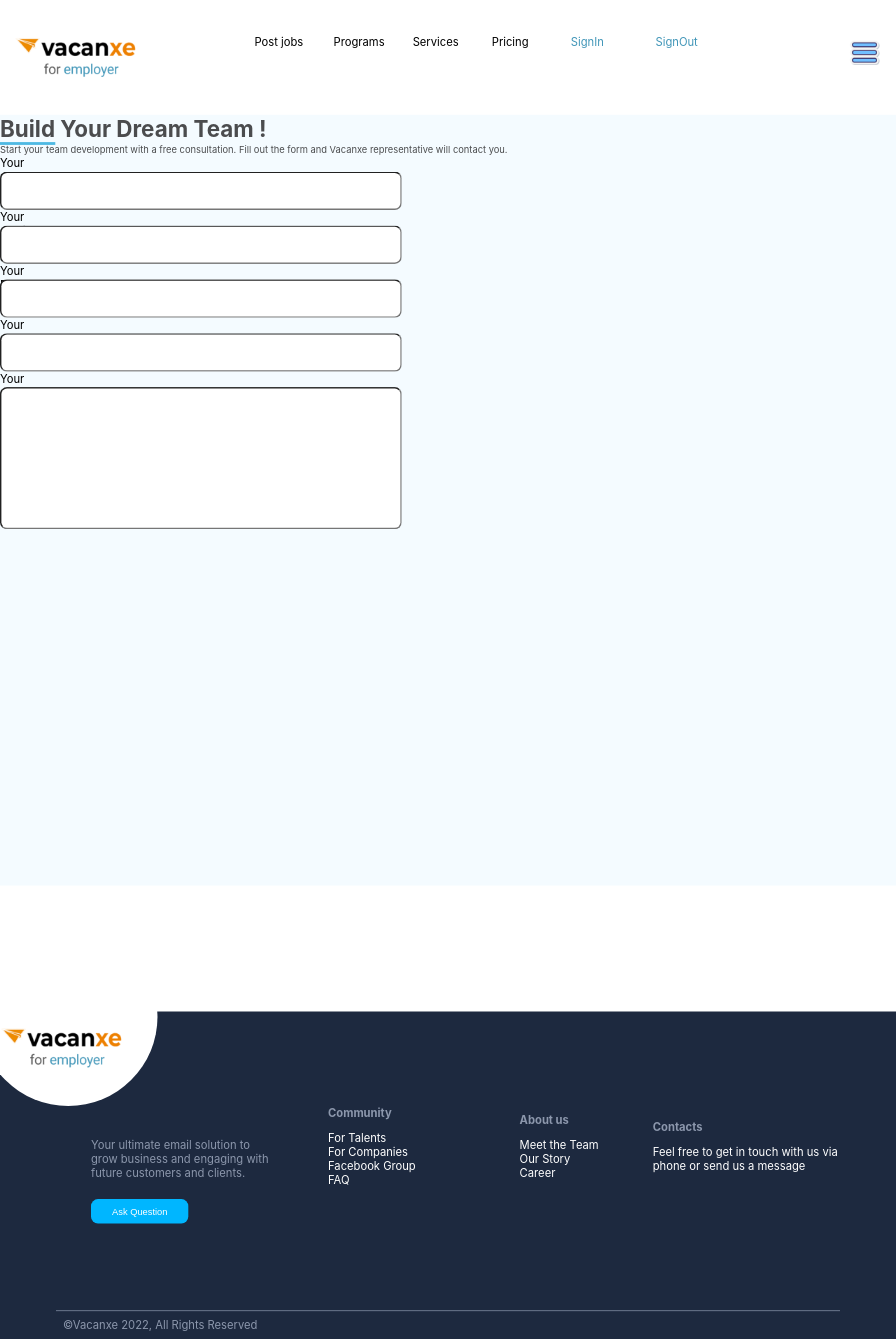
Repository: uh-sman/Vacanxe
Page: /
These files come from the project's save history. The page is drawn as it stood at one moment and after the next save; the edit follows.
The browser window is 1280 px wide. The pictures show the whole page, at 70% of full size.
The project was rebuilt for these pictures with package versions that can differ from the ones it lists, and the page was loaded fresh each time.

Above is the page before, as saved 2022-12-03 00:52:05.

### src/App.js
import logo from "./logo.svg";
import "./App.css";
import Head from "./components/Head";

function App() {
  return (
    <div className="App">
      <Head />
    </div>
  );
}

export default App;

### src/App.css
* {
  margin: 0;
  padding: 0;
  box-sizing: border-box;
  list-style: none;
  text-decoration: none;
}
/* @keyframes App-logo-spin {
  from {
    transform: rotate(0deg);
  }
  to {
    transform: rotate(360deg);
  }
} */

### src/components/Head.js
import React from "react";
import { Footer } from "./Footer";
import { Navbar } from "./Navbar";
import { Team } from "./Team";

const Head = () => {
  return (
    <div>
      <Navbar />
      <Team />
      <Footer />
    </div>
  );
};

export default Head;

### src/components/Footer.jsx
import React from "react";
import logo from "../assets/logo 1.png";
import "./footer.css";
export const Footer = () => {
  return (
    <div>
      <div className="footer-section">
        <div className="image-logo">
          <img src={logo} />
        </div>
        <div className="footer-texts">
          <div className="div">
            <p className="text">
              Your ultimate email solution to grow business and engaging with
              future customers and clients.
            </p>
            <button className="button">Ask Question</button>
          </div>
          <div className="div">
            <ul>
              <h4>Community</h4>
              <li>For Talents</li>
              <li>For Companies</li>
              <li>Facebook Group</li>
              <li>FAQ</li>
            </ul>
          </div>
          <div className="div">
            <ul>
              <h4>About us</h4>
              <li>Meet the Team</li>
              <li>Our Story</li>
              <li>Career</li>
            </ul>
          </div>
          <div className="div">
            <ul>
              <h4>Contacts</h4>
              <p>
                Feel free to get in touch with us via phone or send us a message
              </p>
            </ul>
          </div>
        </div>
        <div className="div">
          <ul>
            <li className="copyright">
              &copy;Vacanxe 2022, All Rights Reserved
            </li>
            <li></li>
          </ul>
        </div>
      </div>
    </div>
  );
};

### src/components/Navbar.jsx
import React from "react";
import logo from "../assets/logo 1.png";
import { data } from "./data";
import { signin } from "./data";
import "./navbar.css";
import { SideNav } from "./SideNav";
export const Navbar = () => {
  return (
    <div>
      <nav>
        <div className="navbar-container">
          <div>
            <img src={logo} />
          </div>
          <div className="navbar-nav">
            <div className="nav-list">
              {data.map(({ id, title }) => {
                return (
                  <ul key={id}>
                    <li>{title}</li>
                  </ul>
                );
              })}
            </div>
            <div className="link">
              {signin.map(({ id, title }) => {
                return (
                  <a href="" key={id}>
                    {title}
                  </a>
                );
              })}
            </div>
          </div>
          <SideNav />
        </div>
        <div></div>
      </nav>
    </div>
  );
};

### src/components/Team.jsx
import React from "react";
import { Form } from "./Form";
import "./team.css";
export const Team = () => {
  return (
    <div>
      <div className="team-container">
        <div className="build">
          <h1>
            <span className="custom"> Build</span> Your Dream Team !
          </h1>
          <small>
            Start your team development with a free consultation. Fill out the
            form and Vacanxe representative will contact you.
          </small>
        </div>
        <Form />
      </div>
    </div>
  );
};

### src/components/footer.css
.footer-section {
  background: #1d293f;
  /* height: 533px; */
  /* width: 1600px; */
  /* left: 127px; */
  /* top: 0px;
  border-radius: 0px; */
}

.image-logo {
  position: absolute;
  /* top: 0; */
  margin-top: -120px;
  /* left: -2px; */
  /* display: flex;
  align-items: center;
  justify-content: center; */
  background-color: white;
  padding-top: 140px;
  padding-left: 30px;
  /* width: 25%; */
  /* height: 40%; */
  /* padding: 10px; */
  height: 255px;
  width: 255px;
  left: -30px;
  /* top: -105px; */
  border-radius: 0px;

  border-radius: 50%;
}
.button {
  border: none;
  margin-top: 28px;
  color: white;
  background: #00b6ff;
  padding: 10px 30px;
  border-radius: 10px;
}
.ultimate-email {
  color: white;
  position: absolute;
  margin-top: 180px;
  padding-left: 245px;
  /* height: 84px;
  left: 21.54%;
  right: 63.06%;
  top: calc(50% - 84px / 2 - 108.5px); */
}
.footer-texts {
  color: #ffff;
  display: grid;
  padding-top: 80px;
  padding-left: 50px;
  /* margin-left: 120px; */
  margin: 0px 80px;
  place-items: center;
  /* margin-right: 40px; */
  margin-top: 180px;
  grid-template-columns: 1fr 1fr 1fr 1fr;
  padding-bottom: 124px;
  border-bottom: 1px solid #8c97ac;
}
.footer-texts h4 {
  color: #8c97ac;
  margin-bottom: 16px;
}
/* .ultimate-email p {
  width: 40%;
} */
.text {
  margin-top: 100px;
  color: #8c97ac;
}
.copyright {
  color: #8c97ac;
  padding: 10px 90px;
}
@media only screen and (min-width: 650px) and (max-width: 1200px) {
  .footer-texts {
    padding-top: 150px;
    grid-template-columns: 1fr 1fr;
    text-align: center;
  }
  .text {
    margin-top: 0px;
  }
  .div {
    margin-bottom: 40px;
  }
}
@media only screen and (max-width: 650px) {
  .footer-texts {
    padding-left: 0px;
    padding-top: 180px;
    grid-template-columns: 1fr;
    text-align: center;
  }
  .text {
    margin-top: 0px;
  }
  .div {
    margin-bottom: 40px;
  }
}

### src/components/data.js
export const data = [
  {
    id: 1,
    title: "Post jobs",
  },
  {
    id: 2,
    title: "Programs",
  },
  {
    id: 3,
    title: "Services",
  },
  {
    id: 4,
    title: "Pricing",
  },
];

export const signin = [
  {
    id: 1,
    title: "SignIn",
  },
  {
    id: 2,
    title: "SignOut",
  },
];

### src/components/navbar.css
.navbar-container {
  display: flex;
  justify-content: space-between;
  margin: 50px 20px;
}
.nav-list {
  display: flex;
  gap: 30px;
}
.navbar-nav {
  display: flex;
  gap: 30px;
}
.nav-list ul li {
  height: 43px;
  width: 83px;
  left: 770px;
  top: 36px;
  /* border-radius: nullpx; */
}
.link {
  /* margin-right: 80px; */
  display: flex;
  gap: 10px;
}
.link a {
  color: #4196b8;
  height: 31px;
  width: 111px;
  left: 1221px;
  top: 47px;
  /* border-radius: nullpx; */
}
.burger-img {
  width: 50px;
}
@media only screen and (max-width: 1200px) {
  .navbar-nav {
    display: none;
  }
}

### src/components/SideNav.jsx
import React, { useState } from "react";
import "./navbar.css";
import burger from "../assets/burger-menu.png";
import { data } from "./data";
export const SideNav = () => {
  const [open, setOpen] = useState(false);
  return (
    <div>
      {open ? (
        data.map(({ title, id }) => {
          return (
            <ul key={id}>
              {/* <h1></h1> */}
              <li>{title}</li>
            </ul>
          );
        })
      ) : (
        <img
          src={burger}
          className="burger-img"
          onClick={(e) => setOpen(!open)}
        />
      )}
    </div>
  );
};

### src/components/Form.jsx
import React from "react";
import "./form.css";
export const Form = () => {
  return (
    <div>
      <div>
        <form>
          <div className="form">
            <label>Your name</label>
            <input className="input-field" />
          </div>
          <div className="form">
            <label>Your email</label>
            <input className="input-field" />
          </div>
          <div className="form">
            <label>Your Phone Number</label>
            <input className="input-field" />
          </div>
          <div className="form">
            <label>Your name</label>
            <input className="input-field" />
          </div>
          <div className="form">
            <label>Your name</label>
            <input className="message" />
          </div>
        </form>
      </div>
    </div>
  );
};

### src/components/team.css
.team-container {
  background: #f4fbff;
  height: 1101px;
  /* width: 1539px; */
  /* left: -14px;
top: 2142px; */
  border-radius: 0px;
}
.custom {
  border-bottom: 4px solid #4eb9e3;
}
.build {
  color: #4b4c4e;
}

### src/components/form.css
.form {
  display: flex;
  flex-direction: column;
}
.form label {
  height: 22px;
  width: 78px;
  left: 263px;
  top: 2409px;
  border-radius: nullpx;
}
.input-field {
  height: 55px;
  width: 574px;
  left: 259px;
  top: 2536px;
  border-radius: 10px;
}
.message {
  height: 203px;
  width: 574px;
  left: 259px;
  top: 2839px;
  border-radius: 10px;
}

Loaded but not shown: public/index.html (common file); src/index.js (common file); src/index.css (common file); src/reportWebVitals.js (common file)

After the next save:
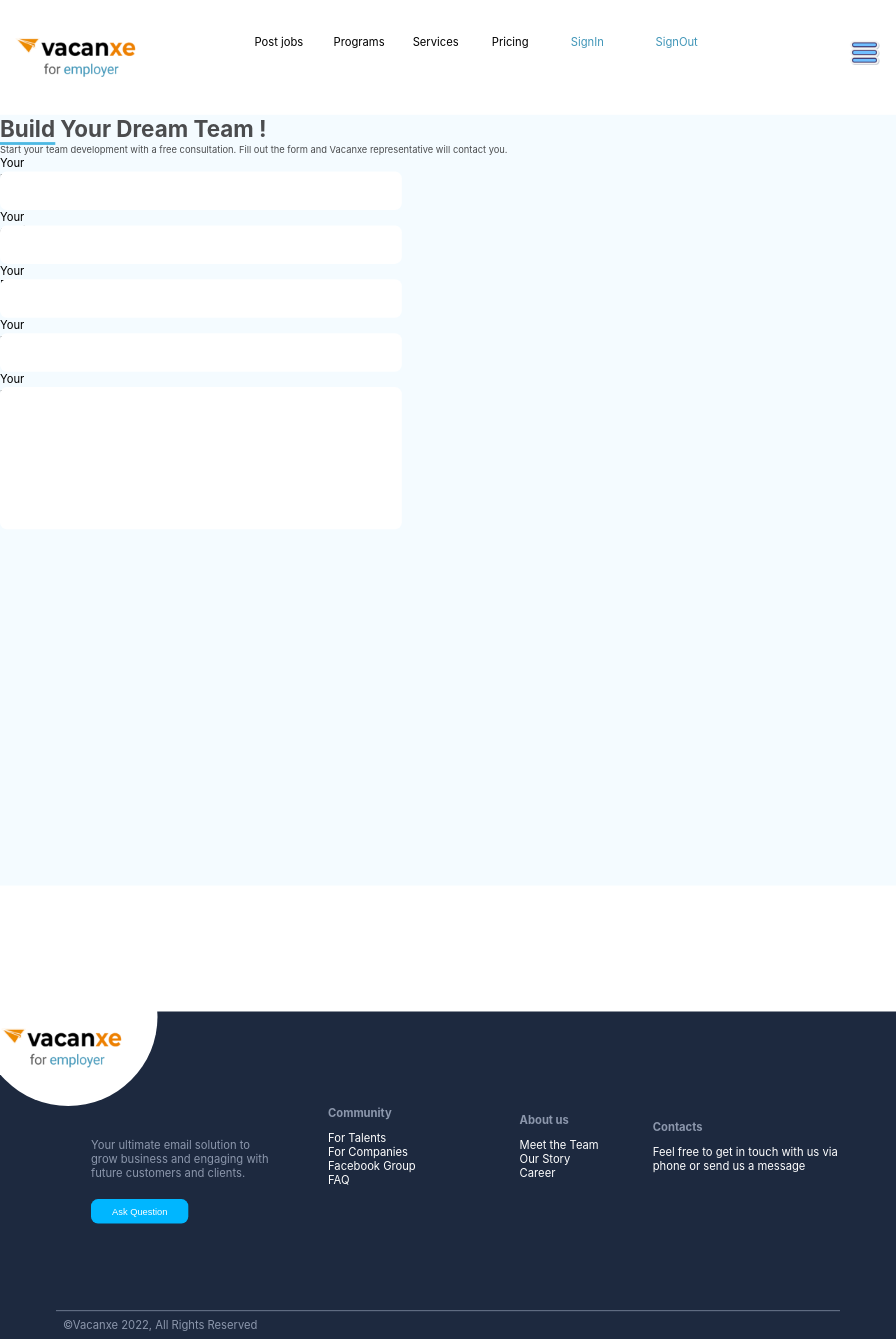
Saved 39 s later.
--- a/src/components/form.css
+++ b/src/components/form.css
@@ -15,11 +15,13 @@
   left: 259px;
   top: 2536px;
   border-radius: 10px;
+  border: none;
 }
 .message {
   height: 203px;
   width: 574px;
   left: 259px;
   top: 2839px;
+  border: none;
   border-radius: 10px;
 }
